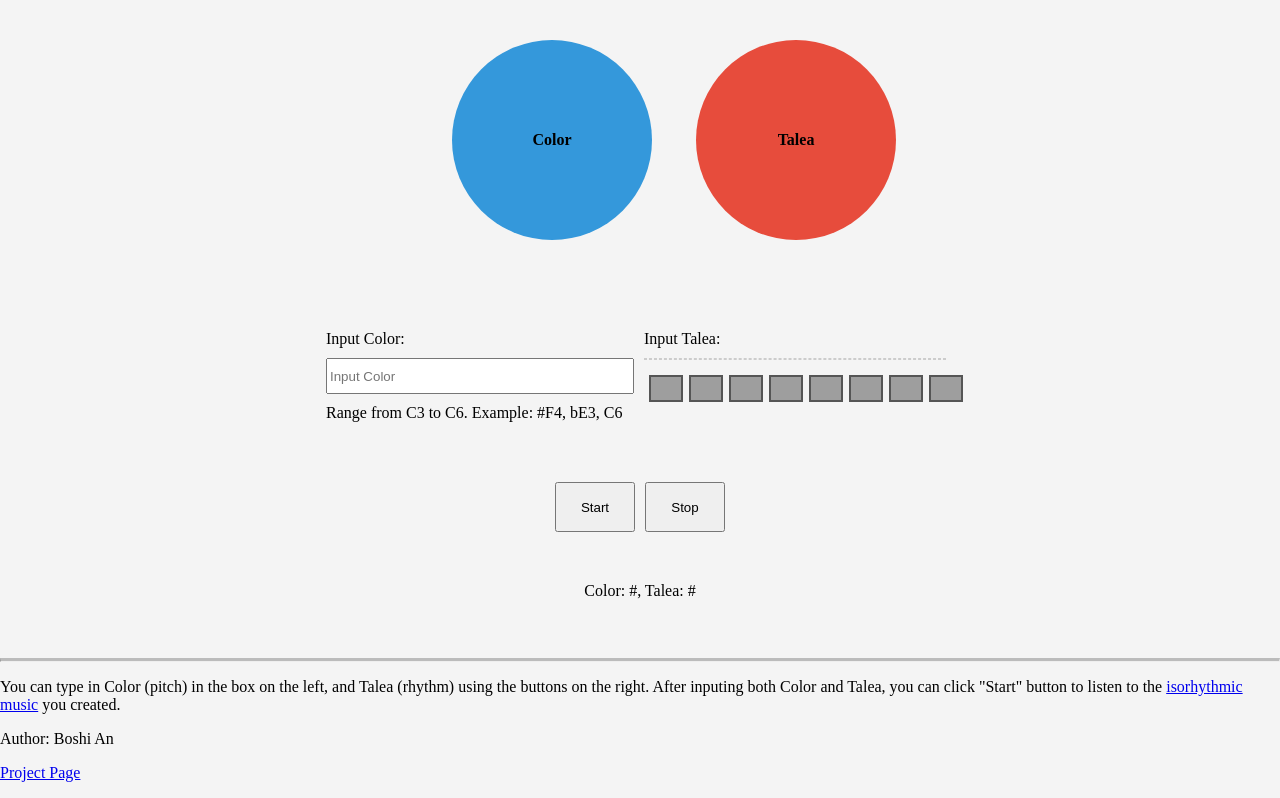
Repository: boshi-an/Isorhythm
Page: .vscode/Isorhythm/index.html
The author's editor kept a copy of each file at every save. The page is drawn from the files as they stood at one save, then again after the next save.
The browser window is 1280 px wide. The pictures show the whole page.
Pictures or frames that could not be fetched are drawn as grey boxes.

Above is the page before, as saved 2023-10-21 00:52:16.

After the next save:
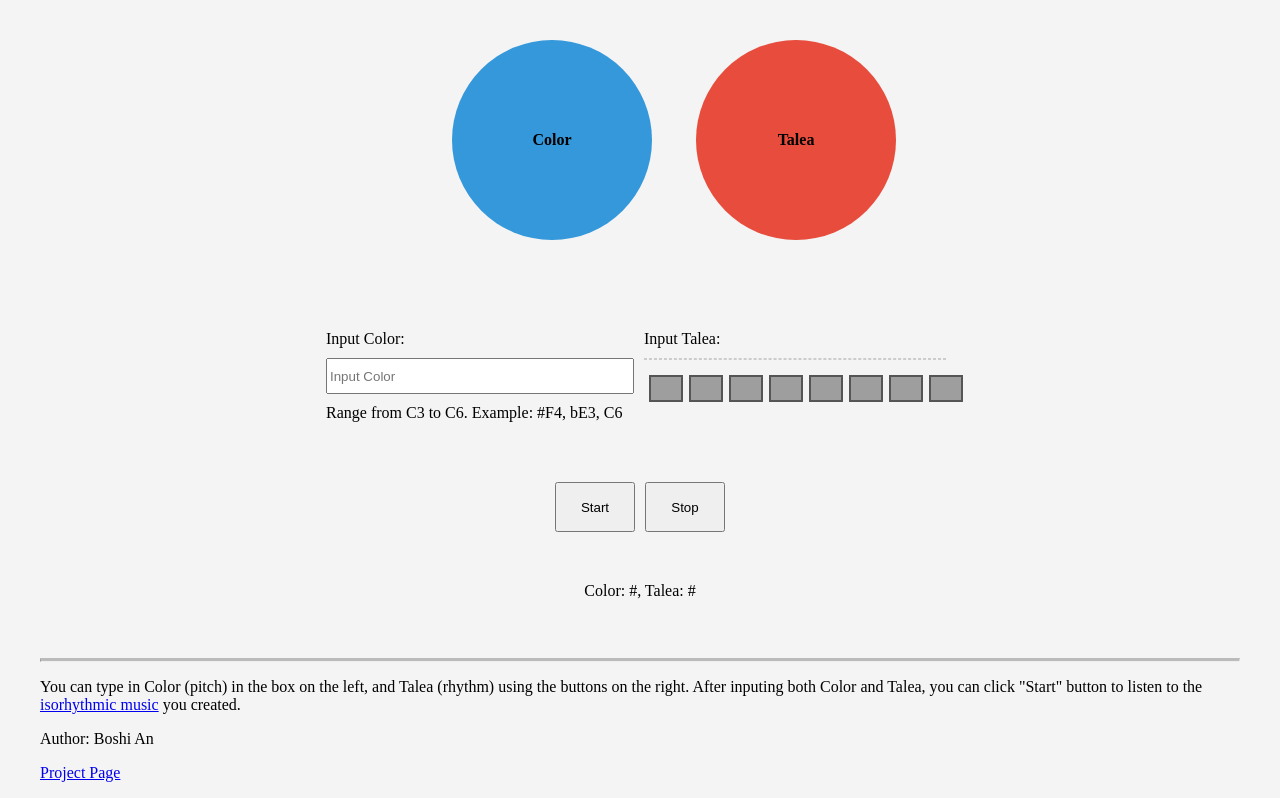
Saved 2 min 0 s later.
--- a/.vscode/Isorhythm/styles.css
+++ b/.vscode/Isorhythm/styles.css
@@ -170,4 +170,7 @@ hr.solid {
     border-top: 3px solid #bbb;
 }
 
-.footer {}
+.footer {
+    margin-left: 2.5em;
+    margin-right: 2.5em;
+}
